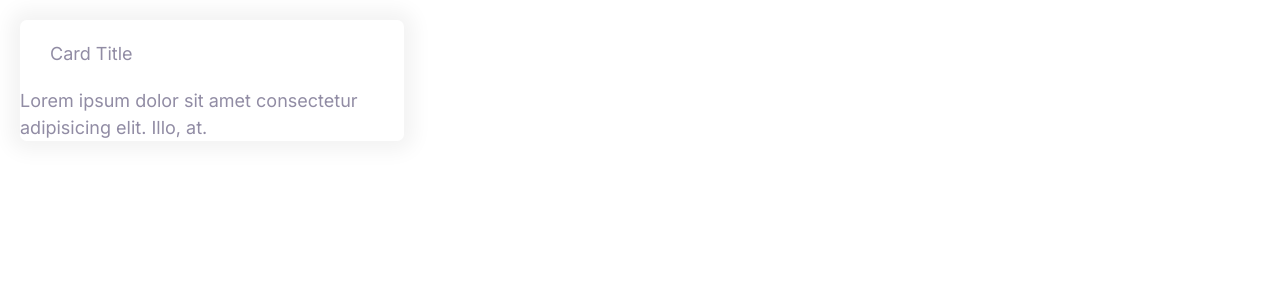
Repository: Qiwenweiii/CodeWithMosh
Page: index.html
An editor plug-in stored every save of this project. The page is shown before and after the next save, followed by the edit.
The browser window is 1280 px wide. The pictures show the whole page.

Above is the page before, as saved 2021-11-11 21:54:32.

After the next save:
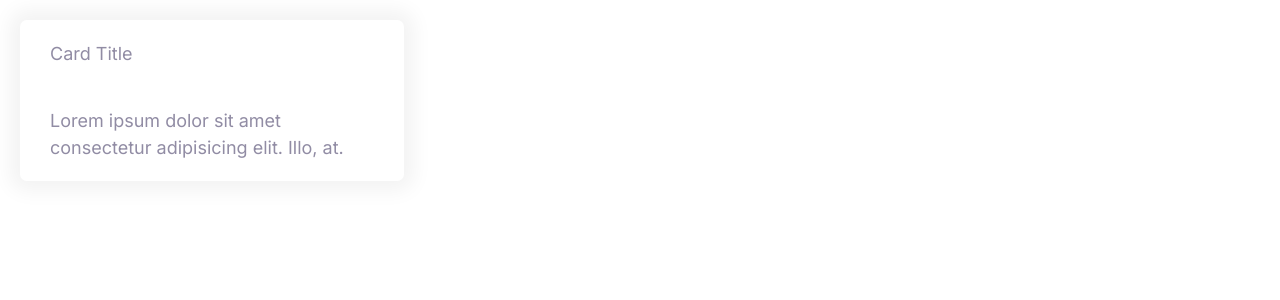
Saved 21 s later.
--- a/styles/styles.css
+++ b/styles/styles.css
@@ -313,6 +313,7 @@ a {
     box-shadow: 0 0 20px 10px #f3f3f3;
 }
 
-.card__header {
+.card__header,
+.card__body {
     padding: 2rem 3rem;
 }
